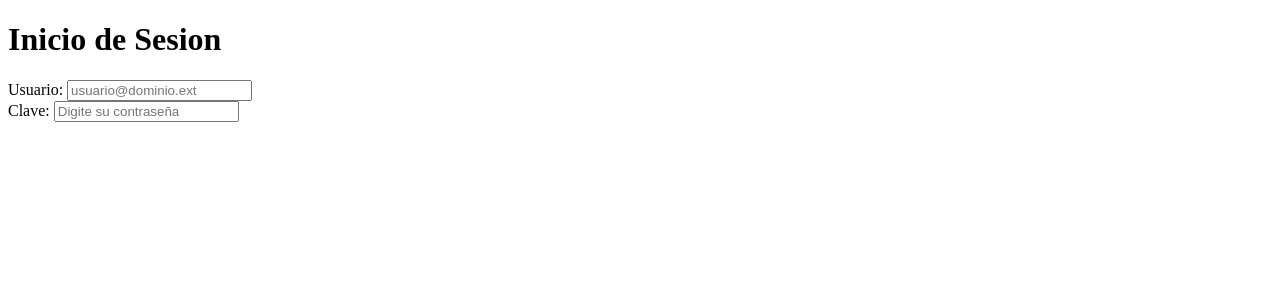
Repository: leonardorlopez8/JavaWebAPI59758
Page: http://localhost/Sesiones/Formulario.jsp
These files come from the project's save history. The page is drawn as it stood at one moment and after the next save; the edit follows.
The browser window is 1280 px wide. The pictures show the whole page.
The page is served by Tomcat 9. Other server files are loaded and not shown.

Above is the page before, as saved 2022-09-16 21:23:12.

### Sesiones/src/main/webapp/Formulario.jsp
<%@ page language="java" contentType="text/html; charset=ISO-8859-1"
	pageEncoding="ISO-8859-1"%>
<!DOCTYPE html>
<html>
<head>
<meta charset="ISO-8859-1">
<title>Insert title here</title>
</head>
<body>

	<h1>Inicio de Sesion</h1>

	<form action="#" method="POST">

		<div>
			<label for="correo"> Usuario: </label> <input type="email"
				id="correo" name="correo" placeholder="usuario@dominio.ext" required />

		</div>

		<div>
			<label for="clave">Clave: </label> <input type="password" id="clave"
				name="clave"
				pattern="^(?=\\w*\\d)(?=\\w*[A-Z]) (?=\\w*[a-z])\\S{8,16}$"
				placeholder="Digite su contraseña" required />
		</div>


	</form>




</body>
</html>

After the next save:
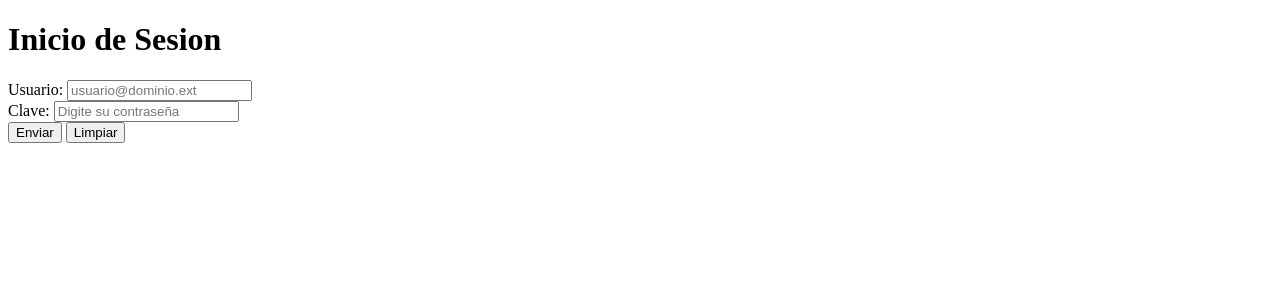
Saved 15 s later.
--- a/Sesiones/src/main/webapp/Formulario.jsp
+++ b/Sesiones/src/main/webapp/Formulario.jsp
@@ -26,6 +26,12 @@
 		</div>
 
 
+		<div>
+			<button type="submit">Enviar</button>
+			<button type="reset">Limpiar</button>
+		</div>
+
+
 	</form>
 
 
